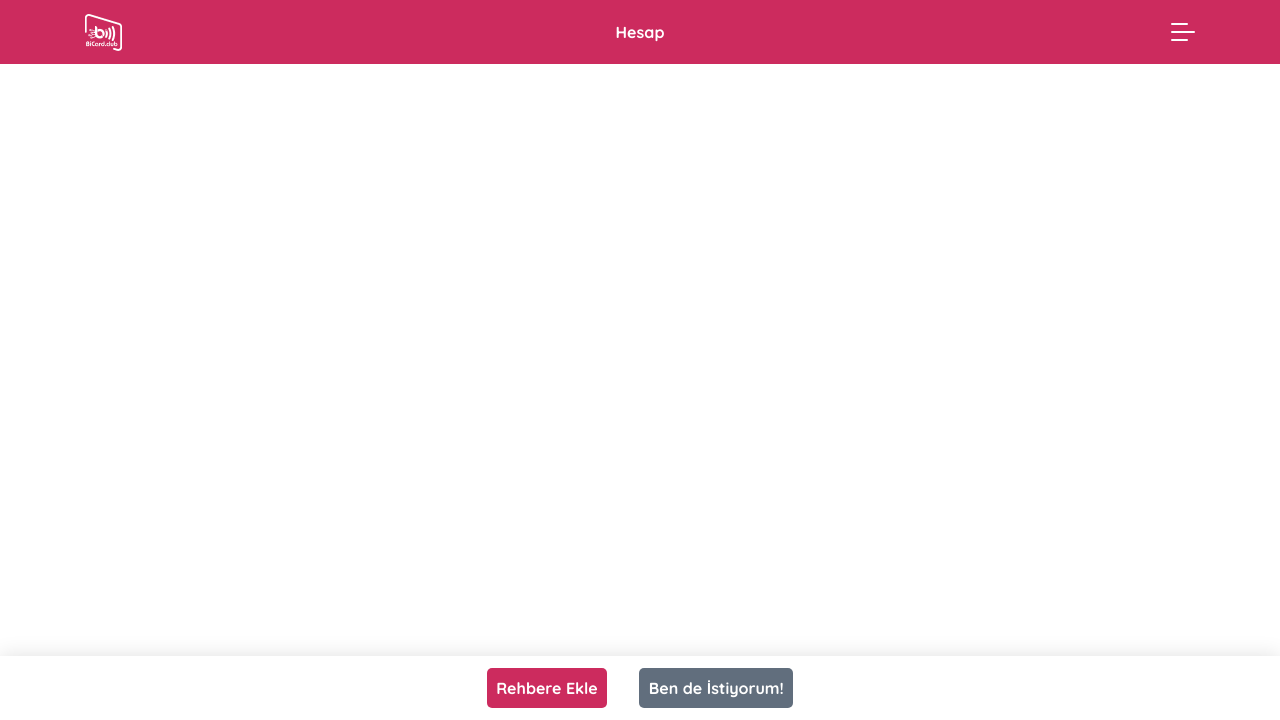
Repository: KayahanKahriman/bicard
Page: form.html
An editor plug-in stored every save of this project. The page is shown before and after the next save, followed by the edit.
The browser window is 1280 px wide. The pictures show the whole page.
The style sheet was rebuilt from its Sass, Less or Tailwind sources for each picture, by a compiler version that may differ from the author's.

Above is the page before, as saved 2021-12-02 11:17:06.

### form.html
<!doctype html>
<html>

<head>
    <meta name="viewport" content="width=device-width, initial-scale=1, maximum-scale=1, user-scalable=no">
    <meta charset="utf-8" />
    <title>Title</title>
    <link rel="preconnect" href="https://fonts.googleapis.com">
    <link rel="preconnect" href="https://fonts.gstatic.com" crossorigin>
    <link href="https://fonts.googleapis.com/css2?family=Quicksand:wght@400;500;700&display=swap" rel="stylesheet">
    <link href="./assets/css/style.css" type="text/css" rel="stylesheet" />
</head>

<body>
    <header id="app-bar">
        <div class="container h-100">
            <div class="row h-100 align-items-center justify-content-between">
                <div class="col-2">
                    <img src="./assets/images/logo.png" alt="">
                </div>
                <div class="col-7 text-center"><strong>Hesap</strong></div>
                <div class="col-2 d-flex justify-content-end">
                    <div id="app-bar-right">
                        <div id="toggle-nav">
                            <span></span>
                            <span></span>
                            <span></span>
                        </div>
                    </div>
                </div>
            </div>
        </div>
    </header>

    <section id="fixed-buttons">
        <a class="button primary-button" href="#">Rehbere Ekle</a>
        <a class="button dark-button" href="#">Ben de İstiyorum!</a>
    </section>

    <script src="https://unpkg.com/swiper/swiper-bundle.min.js"></script>
    <script type="text/javascript" src="assets/js/index.js"></script>
</body>

</html>

### assets/scss/style.scss
@import "main";

#app-bar {
  background-color: var(--primary-color);
  height: var(--app-bar-height);
  width: 100%;
  color: white;
  position: fixed;
  top: 0;
  left: 0;
  z-index: 3;

  #person-name,
  #person-title {
    line-height: 1;
    text-align: right;
    margin-bottom: 0;
  }

  #person-name {
    font-weight: 600;
  }

  #person-title {
    font-size: 0.8em;
  }
}

#profile {
  background-color: white;
  position: relative;
  top: var(--app-bar-height);
  position: sticky;
  width: 100%;
  height: var(--profile-height);
  border-bottom: 1px solid var(--border-color);
  z-index: 3;
}

#icon-grid {
  position: relative;
  top: var(--app-bar-height);
  height: calc(
    100vh - var(--app-bar-height) + var(--fixed-buttons-height) +
      var(--app-bar-height)
  );
}

#fixed-buttons {
  bottom: 0;
  left: 0;
  width: 100%;
  position: fixed;
  background-color: white;
  height: var(--fixed-buttons-height);
  z-index: 3;
  box-shadow: 0 0 20px #00000020;
  display: flex;
  align-items: center;
  justify-content: center;
  column-gap: 2em;
}

#inline-content {
  position: fixed;
  bottom: 0.5em;
  width: 95%;
  left: 50%;
  transform: translateX(-50%);
  border-radius: 5px;
  background-color: white;
  padding: 1em;
  height: 10em;
  z-index: 5;
  transition: all 0.3s ease-in-out;

  #modal-title {
    border-bottom: 1px solid var(--border-color);
    padding-bottom: 1em;
  }
  #modal-content {
    padding: 1em 0;
  }
}

/*------------------------------------*\
    RESPONSIVE
\*------------------------------------*/

@media only screen and (min-width: 320px) {
}

@media only screen and (min-width: 480px) {
}

@media only screen and (min-width: 768px) {
}

@media only screen and (min-width: 1024px) {
}

@media only screen and (min-width: 1140px) {
}

@media only screen and (min-width: 1280px) {
}

@media only screen and (-webkit-min-device-pixel-ratio: 1.5),
  only screen and (min-resolution: 144dpi) {
}

### assets/scss/flex-grid/_flexgrid.scss
@import "functions";
@import "variables";
@import "mixins";
@import "reboot";
@import "utilities";
@import "grid";

### assets/scss/flex-grid/_functions.scss
// Bootstrap functions
//
// Utility mixins and functions for evaluating source code across our variables, maps, and mixins.

// Ascending
// Used to evaluate Sass maps like our grid breakpoints.
@mixin _assert-ascending($map, $map-name) {
  $prev-key: null;
  $prev-num: null;
  @each $key, $num in $map {
    @if $prev-num == null or unit($num) == "%" {
      // Do nothing
    } @else if not comparable($prev-num, $num) {
      @warn "Potentially invalid value for #{$map-name}: This map must be in ascending order, but key '#{$key}' has value #{$num} whose unit makes it incomparable to #{$prev-num}, the value of the previous key '#{$prev-key}' !";
    } @else if $prev-num >= $num {
      @warn "Invalid value for #{$map-name}: This map must be in ascending order, but key '#{$key}' has value #{$num} which isn't greater than #{$prev-num}, the value of the previous key '#{$prev-key}' !";
    }
    $prev-key: $key;
    $prev-num: $num;
  }
}

// Starts at zero
// Used to ensure the min-width of the lowest breakpoint starts at 0.
@mixin _assert-starts-at-zero($map, $map-name: "$grid-breakpoints") {
  $values: map-values($map);
  $first-value: nth($values, 1);
  @if $first-value != 0 {
    @warn "First breakpoint in #{$map-name} must start at 0, but starts at #{$first-value}.";
  }
}

// Replace `$search` with `$replace` in `$string`
// Used on our SVG icon backgrounds for custom forms.
//
// @author Hugo Giraudel
// @param {String} $string - Initial string
// @param {String} $search - Substring to replace
// @param {String} $replace ('') - New value
// @return {String} - Updated string
@function str-replace($string, $search, $replace: "") {
  $index: str-index($string, $search);

  @if $index {
    @return str-slice($string, 1, $index - 1) + $replace + str-replace(str-slice($string, $index + str-length($search)), $search, $replace);
  }

  @return $string;
}

// Color contrast
@function color-yiq($color, $dark: $yiq-text-dark, $light: $yiq-text-light) {
  $r: red($color);
  $g: green($color);
  $b: blue($color);

  $yiq: (($r * 299) + ($g * 587) + ($b * 114)) / 1000;

  @if ($yiq >= $yiq-contrasted-threshold) {
    @return $dark;
  } @else {
    @return $light;
  }
}

// Retrieve color Sass maps
@function color($key: "blue") {
  @return map-get($colors, $key);
}

@function theme-color($key: "primary") {
  @return map-get($theme-colors, $key);
}

@function gray($key: "100") {
  @return map-get($grays, $key);
}

// Request a theme color level
@function theme-color-level($color-name: "primary", $level: 0) {
  $color: theme-color($color-name);
  $color-base: if($level > 0, $black, $white);
  $level: abs($level);

  @return mix($color-base, $color, $level * $theme-color-interval);
}

### assets/scss/flex-grid/_mixins.scss
// Toggles
//
// Used in conjunction with global variables to enable certain theme features.

// Vendor
@import "vendor/rfs";


// Utilities
@import "mixins/breakpoints";
@import "mixins/image";
@import "mixins/hover";
@import "mixins/deprecate";
@import "mixins/text-hide";
@import "mixins/text-truncate";
@import "mixins/text-emphasis";
@import "mixins/size";


// // Layout
@import "mixins/clearfix";
@import "mixins/grid-framework";
@import "mixins/grid";
@import "mixins/float";

### assets/scss/flex-grid/mixins/_image.scss
// Image Mixins
// - Responsive image
// - Retina image


// Responsive image
//
// Keep images from scaling beyond the width of their parents.

@mixin img-fluid {
  // Part 1: Set a maximum relative to the parent
  max-width: 100%;
  // Part 2: Override the height to auto, otherwise images will be stretched
  // when setting a width and height attribute on the img element.
  height: auto;
}


// Retina image
//
// Short retina mixin for setting background-image and -size.

@mixin img-retina($file-1x, $file-2x, $width-1x, $height-1x) {
  background-image: url($file-1x);

  // Autoprefixer takes care of adding -webkit-min-device-pixel-ratio and -o-min-device-pixel-ratio,
  // but doesn't convert dppx=>dpi.
  // There's no such thing as unprefixed min-device-pixel-ratio since it's nonstandard.
  // Compatibility info: https://caniuse.com/#feat=css-media-resolution
  @media only screen and (min-resolution: 192dpi), // IE9-11 don't support dppx
    only screen and (min-resolution: 2dppx) { // Standardized
    background-image: url($file-2x);
    background-size: $width-1x $height-1x;
  }
  @include deprecate("`img-retina()`", "v4.3.0", "v5");
}

### assets/scss/flex-grid/mixins/_hover.scss
// Hover mixin and `$enable-hover-media-query` are deprecated.
//
// Originally added during our alphas and maintained during betas, this mixin was
// designed to prevent `:hover` stickiness on iOS-an issue where hover styles
// would persist after initial touch.
//
// For backward compatibility, we've kept these mixins and updated them to
// always return their regular pseudo-classes instead of a shimmed media query.
//
// Issue: https://github.com/twbs/bootstrap/issues/25195

@mixin hover {
  &:hover { @content; }
}

@mixin hover-focus {
  &:hover,
  &:focus {
    @content;
  }
}

@mixin plain-hover-focus {
  &,
  &:hover,
  &:focus {
    @content;
  }
}

@mixin hover-focus-active {
  &:hover,
  &:focus,
  &:active {
    @content;
  }
}

### assets/scss/flex-grid/mixins/_grid-framework.scss
// Framework grid generation
//
// Used only by Bootstrap to generate the correct number of grid classes given
// any value of `$grid-columns`.

@mixin make-grid-columns($columns: $grid-columns, $gutter: $grid-gutter-width, $breakpoints: $grid-breakpoints) {
  // Common properties for all breakpoints
  %grid-column {
    position: relative;
    width: 100%;
    padding-right: $gutter / 2;
    padding-left: $gutter / 2;
  }

  @each $breakpoint in map-keys($breakpoints) {
    $infix: breakpoint-infix($breakpoint, $breakpoints);

    // Allow columns to stretch full width below their breakpoints
    @for $i from 1 through $columns {
      .col#{$infix}-#{$i} {
        @extend %grid-column;
      }
    }
    .col#{$infix},
    .col#{$infix}-auto {
      @extend %grid-column;
    }

    @include media-breakpoint-up($breakpoint, $breakpoints) {
      // Provide basic `.col-{bp}` classes for equal-width flexbox columns
      .col#{$infix} {
        flex-basis: 0;
        flex-grow: 1;
        max-width: 100%;
      }
      .col#{$infix}-auto {
        flex: 0 0 auto;
        width: auto;
        max-width: 100%; // Reset earlier grid tiers
      }

      @for $i from 1 through $columns {
        .col#{$infix}-#{$i} {
          @include make-col($i, $columns);
        }
      }

      .order#{$infix}-first { order: -1; }

      .order#{$infix}-last { order: $columns + 1; }

      @for $i from 0 through $columns {
        .order#{$infix}-#{$i} { order: $i; }
      }

      // `$columns - 1` because offsetting by the width of an entire row isn't possible
      @for $i from 0 through ($columns - 1) {
        @if not ($infix == "" and $i == 0) { // Avoid emitting useless .offset-0
          .offset#{$infix}-#{$i} {
            @include make-col-offset($i, $columns);
          }
        }
      }
    }
  }
}

### assets/scss/flex-grid/mixins/_grid.scss
/// Grid system
//
// Generate semantic grid columns with these mixins.

@mixin make-container($gutter: $grid-gutter-width) {
  width: 100%;
  padding-right: $gutter / 2;
  padding-left: $gutter / 2;
  margin-right: auto;
  margin-left: auto;
}


// For each breakpoint, define the maximum width of the container in a media query
@mixin make-container-max-widths($max-widths: $container-max-widths, $breakpoints: $grid-breakpoints) {
  @each $breakpoint, $container-max-width in $max-widths {
    @include media-breakpoint-up($breakpoint, $breakpoints) {
      max-width: $container-max-width;
    }
  }
}

@mixin make-row($gutter: $grid-gutter-width) {
  display: flex;
  flex-wrap: wrap;
  margin-right: -$gutter / 2;
  margin-left: -$gutter / 2;
}

@mixin make-col-ready($gutter: $grid-gutter-width) {
  position: relative;
  // Prevent columns from becoming too narrow when at smaller grid tiers by
  // always setting `width: 100%;`. This works because we use `flex` values
  // later on to override this initial width.
  width: 100%;
  padding-right: $gutter / 2;
  padding-left: $gutter / 2;
}

@mixin make-col($size, $columns: $grid-columns) {
  flex: 0 0 percentage($size / $columns);
  // Add a `max-width` to ensure content within each column does not blow out
  // the width of the column. Applies to IE10+ and Firefox. Chrome and Safari
  // do not appear to require this.
  max-width: percentage($size / $columns);
}

@mixin make-col-offset($size, $columns: $grid-columns) {
  $num: $size / $columns;
  margin-left: if($num == 0, 0, percentage($num));
}

### assets/scss/flex-grid/_utilities.scss
@import "utilities/align";
@import "utilities/clearfix";
@import "utilities/display";
@import "utilities/flex";
@import "utilities/float";
@import "utilities/position";
@import "utilities/text";
@import "utilities/spacing";
@import "utilities/sizing";

### assets/scss/flex-grid/utilities/_flex.scss
// stylelint-disable declaration-no-important

// Flex variation
//
// Custom styles for additional flex alignment options.

@each $breakpoint in map-keys($grid-breakpoints) {
  @include media-breakpoint-up($breakpoint) {
    $infix: breakpoint-infix($breakpoint, $grid-breakpoints);

    .flex#{$infix}-row            { flex-direction: row !important; }
    .flex#{$infix}-column         { flex-direction: column !important; }
    .flex#{$infix}-row-reverse    { flex-direction: row-reverse !important; }
    .flex#{$infix}-column-reverse { flex-direction: column-reverse !important; }

    .flex#{$infix}-wrap         { flex-wrap: wrap !important; }
    .flex#{$infix}-nowrap       { flex-wrap: nowrap !important; }
    .flex#{$infix}-wrap-reverse { flex-wrap: wrap-reverse !important; }
    .flex#{$infix}-fill         { flex: 1 1 auto !important; }
    .flex#{$infix}-grow-0       { flex-grow: 0 !important; }
    .flex#{$infix}-grow-1       { flex-grow: 1 !important; }
    .flex#{$infix}-shrink-0     { flex-shrink: 0 !important; }
    .flex#{$infix}-shrink-1     { flex-shrink: 1 !important; }

    .justify-content#{$infix}-start   { justify-content: flex-start !important; }
    .justify-content#{$infix}-end     { justify-content: flex-end !important; }
    .justify-content#{$infix}-center  { justify-content: center !important; }
    .justify-content#{$infix}-between { justify-content: space-between !important; }
    .justify-content#{$infix}-around  { justify-content: space-around !important; }

    .align-items#{$infix}-start    { align-items: flex-start !important; }
    .align-items#{$infix}-end      { align-items: flex-end !important; }
    .align-items#{$infix}-center   { align-items: center !important; }
    .align-items#{$infix}-baseline { align-items: baseline !important; }
    .align-items#{$infix}-stretch  { align-items: stretch !important; }

    .align-content#{$infix}-start   { align-content: flex-start !important; }
    .align-content#{$infix}-end     { align-content: flex-end !important; }
    .align-content#{$infix}-center  { align-content: center !important; }
    .align-content#{$infix}-between { align-content: space-between !important; }
    .align-content#{$infix}-around  { align-content: space-around !important; }
    .align-content#{$infix}-stretch { align-content: stretch !important; }

    .align-self#{$infix}-auto     { align-self: auto !important; }
    .align-self#{$infix}-start    { align-self: flex-start !important; }
    .align-self#{$infix}-end      { align-self: flex-end !important; }
    .align-self#{$infix}-center   { align-self: center !important; }
    .align-self#{$infix}-baseline { align-self: baseline !important; }
    .align-self#{$infix}-stretch  { align-self: stretch !important; }
  }
}

### assets/scss/flex-grid/utilities/_text.scss
// stylelint-disable declaration-no-important

//
// Text
//

.text-monospace { font-family: $font-family-monospace !important; }

// Alignment

.text-justify  { text-align: justify !important; }
.text-wrap     { white-space: normal !important; }
.text-nowrap   { white-space: nowrap !important; }
.text-truncate { @include text-truncate; }

// Responsive alignment

@each $breakpoint in map-keys($grid-breakpoints) {
  @include media-breakpoint-up($breakpoint) {
    $infix: breakpoint-infix($breakpoint, $grid-breakpoints);

    .text#{$infix}-left   { text-align: left !important; }
    .text#{$infix}-right  { text-align: right !important; }
    .text#{$infix}-center { text-align: center !important; }
  }
}

// Transformation

.text-lowercase  { text-transform: lowercase !important; }
.text-uppercase  { text-transform: uppercase !important; }
.text-capitalize { text-transform: capitalize !important; }

// Weight and italics

.font-weight-light   { font-weight: $font-weight-light !important; }
.font-weight-lighter { font-weight: $font-weight-lighter !important; }
.font-weight-normal  { font-weight: $font-weight-normal !important; }
.font-weight-bold    { font-weight: $font-weight-bold !important; }
.font-weight-bolder  { font-weight: $font-weight-bolder !important; }
.font-italic         { font-style: italic !important; }

// Contextual colors

.text-white { color: $white !important; }

@each $color, $value in $theme-colors {
  @include text-emphasis-variant(".text-#{$color}", $value);
}

.text-body { color: $body-color !important; }
.text-muted { color: $text-muted !important; }

.text-black-50 { color: rgba($black, .5) !important; }
.text-white-50 { color: rgba($white, .5) !important; }

// Misc

.text-hide {
  @include text-hide($ignore-warning: true);
}

.text-decoration-none { text-decoration: none !important; }

.text-break {
  word-break: break-word !important; // IE & < Edge 18
  overflow-wrap: break-word !important;
}

// Reset

.text-reset { color: inherit !important; }

### assets/scss/flex-grid/utilities/_spacing.scss
// stylelint-disable declaration-no-important

// Margin and Padding

@each $breakpoint in map-keys($grid-breakpoints) {
  @include media-breakpoint-up($breakpoint) {
    $infix: breakpoint-infix($breakpoint, $grid-breakpoints);

    @each $prop, $abbrev in (margin: m, padding: p) {
      @each $size, $length in $spacers {
        .#{$abbrev}#{$infix}-#{$size} { #{$prop}: $length !important; }
        .#{$abbrev}t#{$infix}-#{$size},
        .#{$abbrev}y#{$infix}-#{$size} {
          #{$prop}-top: $length !important;
        }
        .#{$abbrev}r#{$infix}-#{$size},
        .#{$abbrev}x#{$infix}-#{$size} {
          #{$prop}-right: $length !important;
        }
        .#{$abbrev}b#{$infix}-#{$size},
        .#{$abbrev}y#{$infix}-#{$size} {
          #{$prop}-bottom: $length !important;
        }
        .#{$abbrev}l#{$infix}-#{$size},
        .#{$abbrev}x#{$infix}-#{$size} {
          #{$prop}-left: $length !important;
        }
      }
    }

    // Negative margins (e.g., where `.mb-n1` is negative version of `.mb-1`)
    @each $size, $length in $spacers {
      @if $size != 0 {
        .m#{$infix}-n#{$size} { margin: -$length !important; }
        .mt#{$infix}-n#{$size},
        .my#{$infix}-n#{$size} {
          margin-top: -$length !important;
        }
        .mr#{$infix}-n#{$size},
        .mx#{$infix}-n#{$size} {
          margin-right: -$length !important;
        }
        .mb#{$infix}-n#{$size},
        .my#{$infix}-n#{$size} {
          margin-bottom: -$length !important;
        }
        .ml#{$infix}-n#{$size},
        .mx#{$infix}-n#{$size} {
          margin-left: -$length !important;
        }
      }
    }

    // Some special margin utils
    .m#{$infix}-auto { margin: auto !important; }
    .mt#{$infix}-auto,
    .my#{$infix}-auto {
      margin-top: auto !important;
    }
    .mr#{$infix}-auto,
    .mx#{$infix}-auto {
      margin-right: auto !important;
    }
    .mb#{$infix}-auto,
    .my#{$infix}-auto {
      margin-bottom: auto !important;
    }
    .ml#{$infix}-auto,
    .mx#{$infix}-auto {
      margin-left: auto !important;
    }
  }
}

### assets/scss/flex-grid/_grid.scss
// Container widths
//
// Set the container width, and override it for fixed navbars in media queries.

@if $enable-grid-classes {
  .container {
    @include make-container();
    @include make-container-max-widths();
  }
}

// Fluid container
//
// Utilizes the mixin meant for fixed width containers, but with 100% width for
// fluid, full width layouts.

@if $enable-grid-classes {
  .container-fluid {
    @include make-container();
  }
}

// Row
//
// Rows contain and clear the floats of your columns.

@if $enable-grid-classes {
  .row {
    @include make-row();
  }

  // Remove the negative margin from default .row, then the horizontal padding
  // from all immediate children columns (to prevent runaway style inheritance).
  .no-gutters {
    margin-right: 0;
    margin-left: 0;

    > .col,
    > [class*="col-"] {
      padding-right: 0;
      padding-left: 0;
    }
  }
}

// Columns
//
// Common styles for small and large grid columns

@if $enable-grid-classes {
  @include make-grid-columns();
}

### assets/scss/_vars.scss
:root {
  // Fonts
  --quicksand: "Quicksand", sans-serif;
  --primary-font: var(--quicksand);

  // Colors
  --primary-color: #cc2b5e;
  --darker-primary-color: #b12451;
  --secondary-color: #ffcc00;
  --darker-secondary-color: #d4aa00;
  --text-color: #292d32;
  --link-color: #292d32;
  --alt-text-color: #616e7d;
  --border-color: #eaeaea;
  --dark-color: #616e7d;

  // Sizes
  --app-bar-height: 4em;
  --profile-height: 7.5em;
  --fixed-buttons-height: 4em;
}

Loaded but not shown: assets/scss/flex-grid/vendor/_rfs.scss (common file); assets/scss/flex-grid/mixins/_deprecate.scss (common file); assets/scss/flex-grid/mixins/_text-hide.scss (common file); assets/scss/flex-grid/mixins/_text-truncate.scss (common file); assets/scss/flex-grid/mixins/_text-emphasis.scss (common file); assets/scss/flex-grid/mixins/_size.scss (common file); assets/scss/flex-grid/mixins/_clearfix.scss (common file); assets/scss/flex-grid/mixins/_float.scss (common file); assets/scss/flex-grid/utilities/_align.scss (common file); assets/scss/flex-grid/utilities/_clearfix.scss (common file); assets/scss/flex-grid/utilities/_display.scss (common file); assets/scss/flex-grid/utilities/_float.scss (common file); assets/scss/flex-grid/utilities/_position.scss (common file); assets/scss/flex-grid/utilities/_sizing.scss (common file); assets/js/index.js (31 lines, source omitted); assets/scss/flex-grid/_variables.scss (1123 lines, source omitted); assets/scss/flex-grid/_reboot.scss (483 lines, source omitted); assets/scss/flex-grid/mixins/_breakpoints.scss (123 lines, source omitted); assets/scss/_main.scss (181 lines, source omitted)

After the next save:
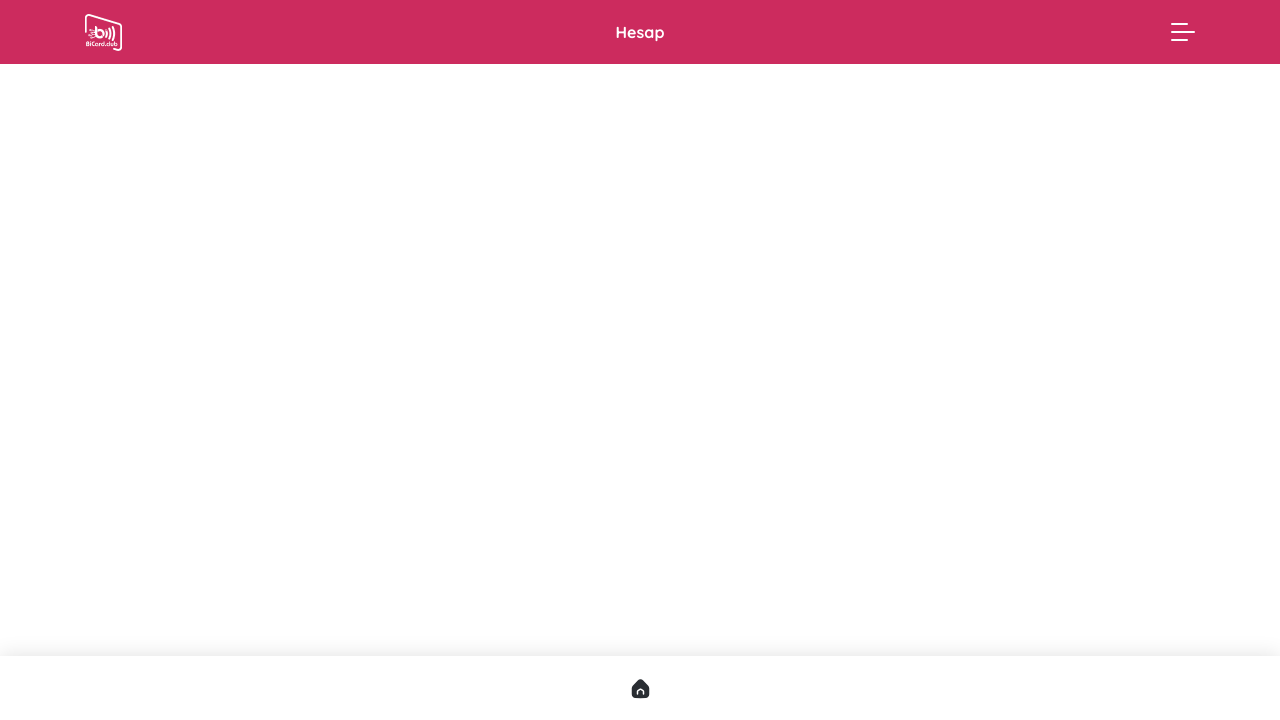
Saved 4 min 50 s later.
--- a/form.html
+++ b/form.html
@@ -33,8 +33,11 @@
     </header>
 
     <section id="fixed-buttons">
-        <a class="button primary-button" href="#">Rehbere Ekle</a>
-        <a class="button dark-button" href="#">Ben de İstiyorum!</a>
+        <a href="#">
+            <svg width="25" height="24" viewBox="0 0 25 24" fill="none" xmlns="http://www.w3.org/2000/svg">
+                <path fill-rule="evenodd" clip-rule="evenodd" d="M15.2248 3.42988C13.7441 1.8567 11.2439 1.85671 9.76329 3.42988L4.76925 8.73605C4.11455 9.43167 3.75 10.3509 3.75 11.3062V17.2981C3.75 19.2783 5.2897 20.9173 7.26608 21.0408L12.5 21.3679L17.7322 21.0409C19.7095 20.9173 21.2495 19.2771 21.2483 17.296L21.2447 11.311C21.2442 10.3565 20.8797 9.43816 20.2255 8.74311L15.2248 3.42988ZM12.3692 13.0769C12.4494 13.0276 12.5506 13.0276 12.6308 13.0769L14.6308 14.3049C14.7049 14.3504 14.75 14.4311 14.75 14.518V17.1164C14.75 17.5307 15.0858 17.8664 15.5 17.8664C15.9142 17.8664 16.25 17.5307 16.25 17.1164V14.518C16.25 13.9097 15.9341 13.345 15.4157 13.0267L13.4157 11.7986C12.854 11.4537 12.146 11.4537 11.5843 11.7986L9.58429 13.0267C9.0659 13.345 8.75 13.9097 8.75 14.518V17.1164C8.75 17.5307 9.08579 17.8664 9.5 17.8664C9.91421 17.8664 10.25 17.5307 10.25 17.1164V14.518C10.25 14.4311 10.2951 14.3504 10.3692 14.3049L12.3692 13.0769Z" fill="#292D32" />
+            </svg>
+        </a>
     </section>
 
     <script src="https://unpkg.com/swiper/swiper-bundle.min.js"></script>
